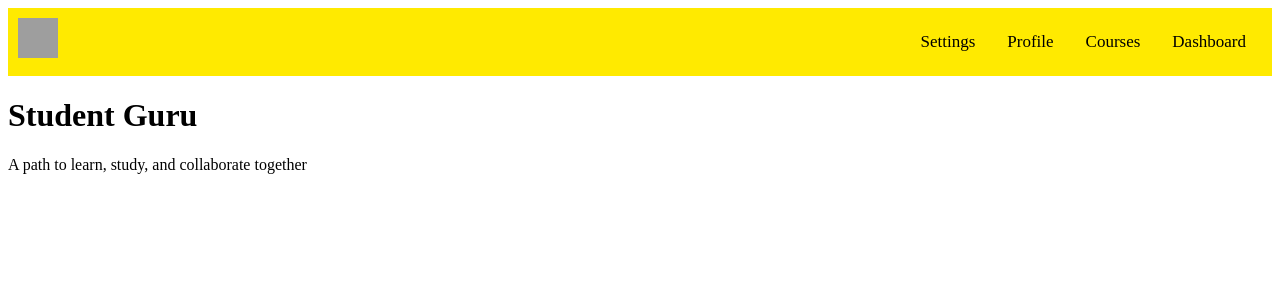
Repository: Priyadharshini-J-CSE/Intership-2025-december
Page: dashboard.html
An editor plug-in stored every save of this project. The page is shown before and after the next save, followed by the edit.
The browser window is 1280 px wide. The pictures show the whole page.
Pictures or frames that could not be fetched are drawn as grey boxes.

Above is the page before, as saved 2025-12-01 14:36:35.

After the next save:
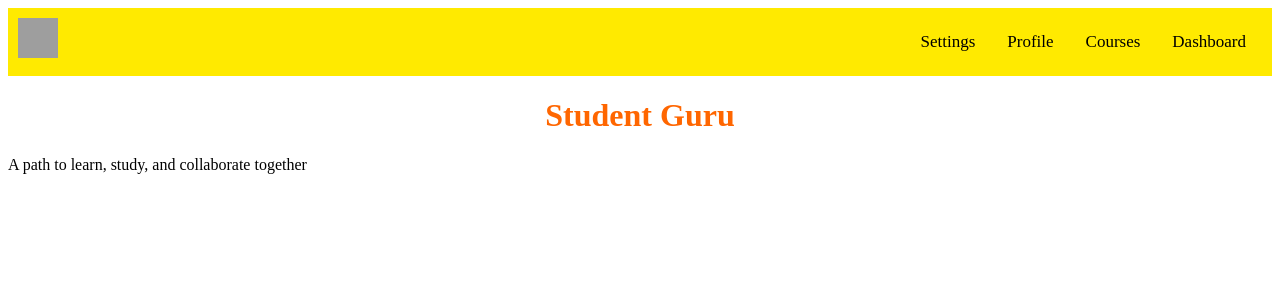
Saved 42 s later.
--- a/dashboard.html
+++ b/dashboard.html
@@ -27,7 +27,8 @@ width: 40px;
             color: black;
         }
         h1{
-
+            text-align: center;
+            color: #ff6600;
         }
     </style>
 </head>
